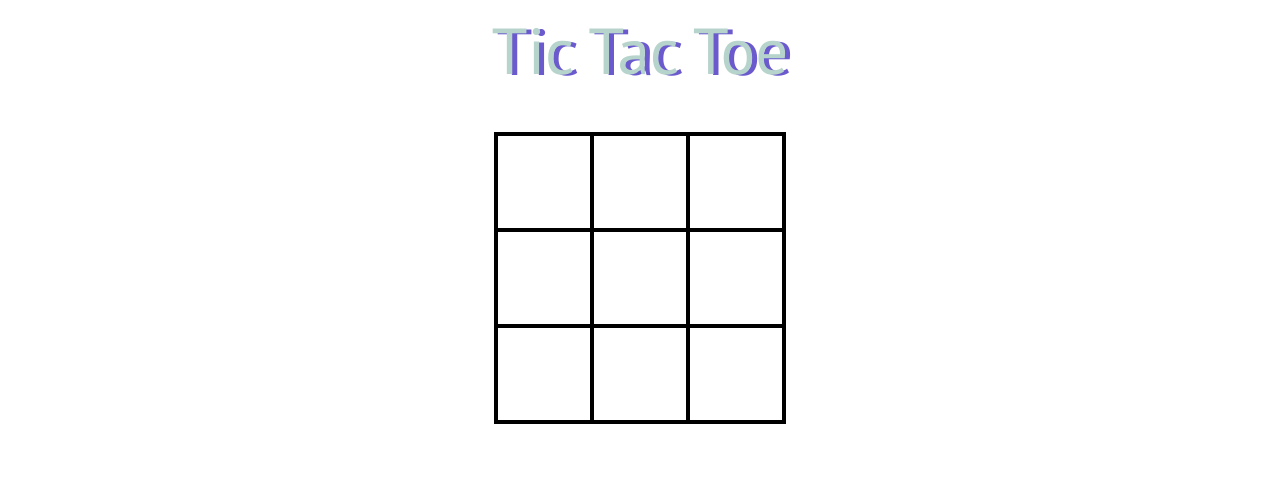
Repository: chin9/TicTacToe
Page: index.html
An editor plug-in stored every save of this project. The page is shown before and after the next save, followed by the edit.
The browser window is 1280 px wide. The pictures show the whole page.

Above is the page before, as saved 2021-05-12 13:48:36.

After the next save:
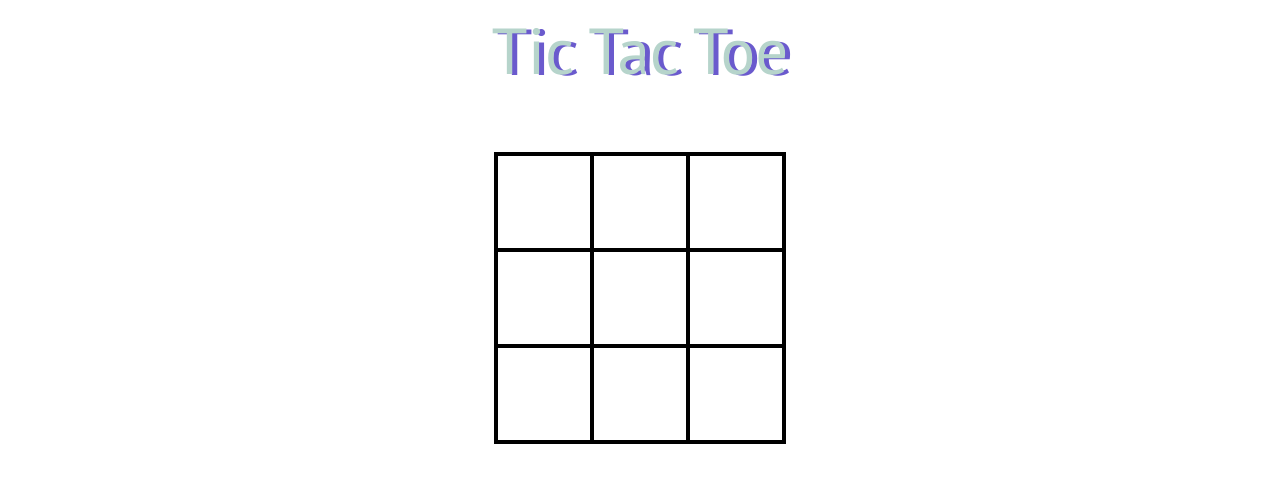
Saved 10 s later.
--- a/style.css
+++ b/style.css
@@ -21,7 +21,7 @@ body{
     width: 40vh;
 
     position: relative;
-    top: 40px;
+    top: 60px;
 
     display: grid;
     grid-template-columns: 1fr 1fr 1fr;
